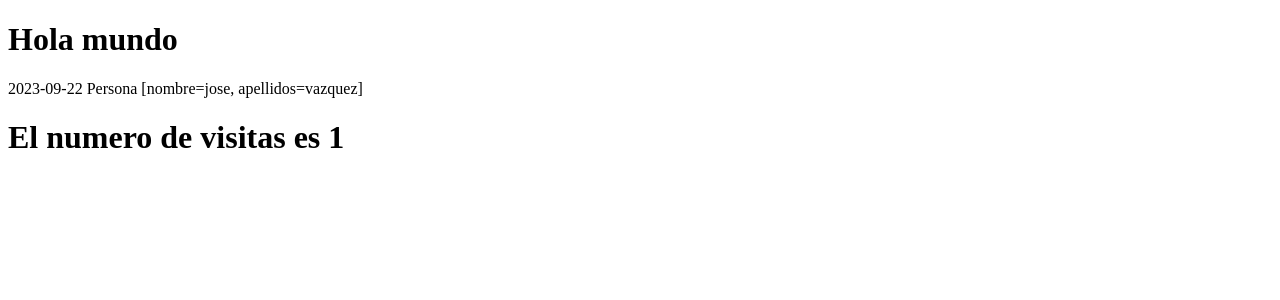
Repository: josevazquez99/DesarrolloWebEnEntornoServidor
Page: http://localhost/HolaMundo/primerJsp.jsp
These files come from the project's save history. The page is drawn as it stood at one moment and after the next save; the edit follows.
The browser window is 1280 px wide. The pictures show the whole page.
The page is served by Tomcat 9.

Above is the page before, as saved 2023-09-28 08:47:39.

After the next save:
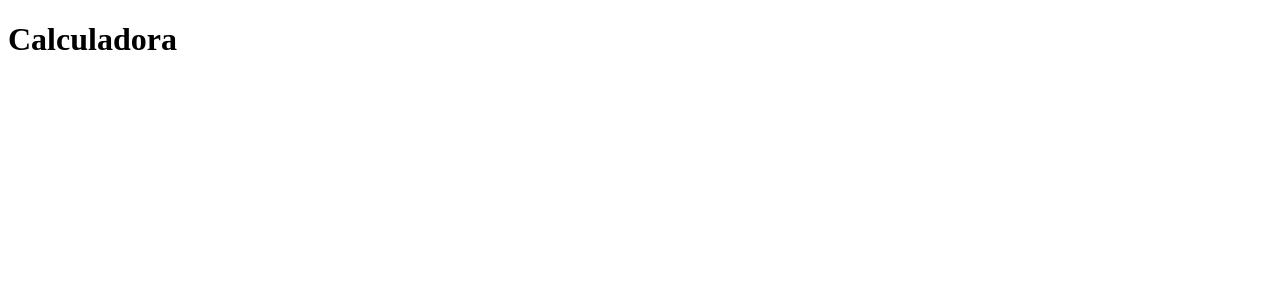
Saved 65 s later.
--- a/HolaMundo/src/main/webapp/primerJsp.jsp
+++ b/HolaMundo/src/main/webapp/primerJsp.jsp
@@ -10,15 +10,10 @@
 <title>Ejemplo</title>
 </head>
 <body>
-<h1>Hola mundo</h1>
-<%! int numvisitas=0; %>
-<%=FechaActual.getFechaActual() %>
+<h1>Calculadora</h1>
 
 <%
 
-Persona p= new Persona("jose","vazquez");
-out.println(p.toString());
-out.println("<h1>El numero de visitas es " + ++numvisitas +"</h1>");
 
 %>
 </body>
